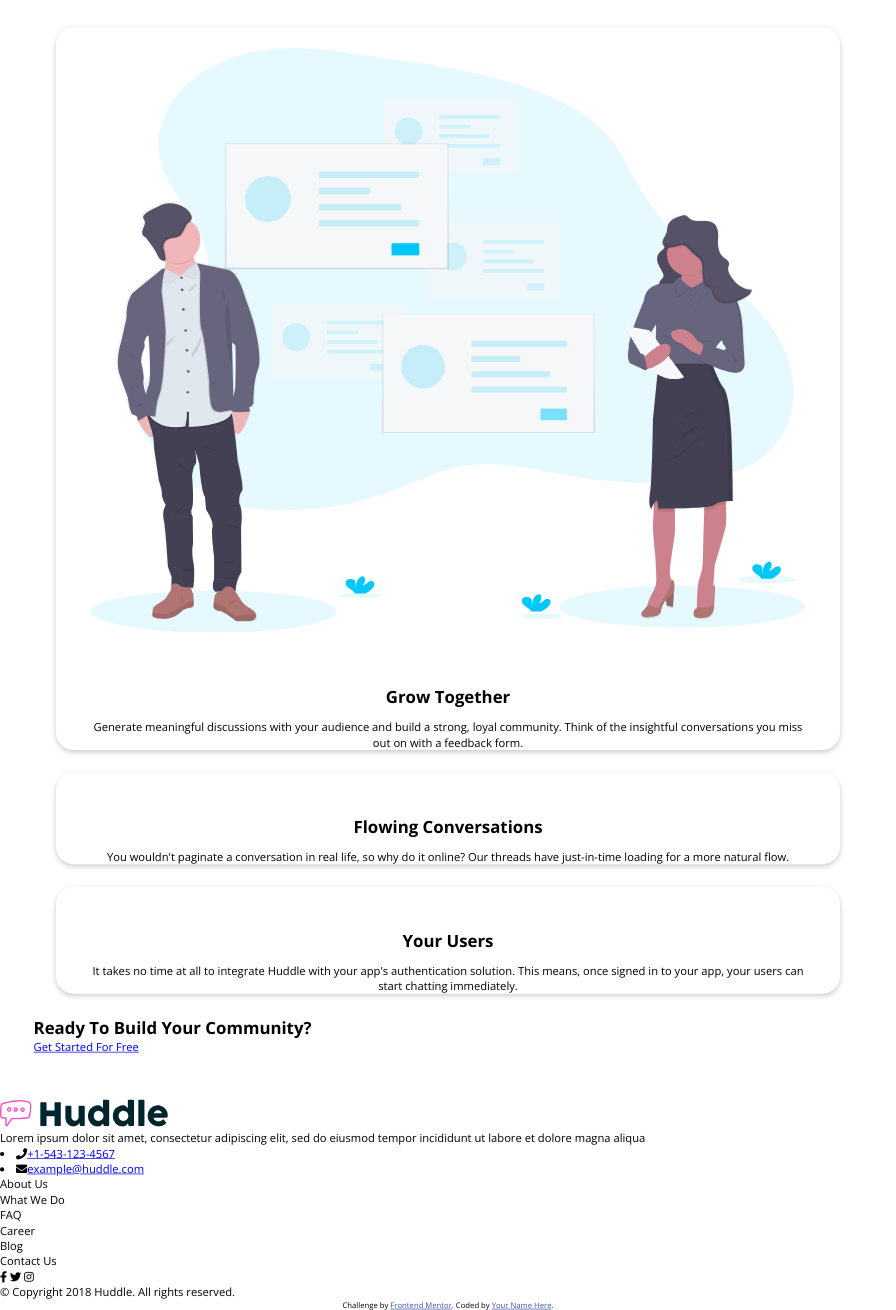
Repository: DejV44/Huddle-landing-page
Page: index.html
An editor plug-in stored every save of this project. The page is shown before and after the next save, followed by the edit.
The browser window is 1280 px wide. The pictures show the part of the page from y = 1491 to 3411 px (the page is 3363 px tall before and 3411 px after), at 70% of full size.
The style sheet was rebuilt from its Sass, Less or Tailwind sources for each picture, by a compiler version that may differ from the author's.

Above is the page before, as saved 2021-08-15 22:27:26.

After the next save:
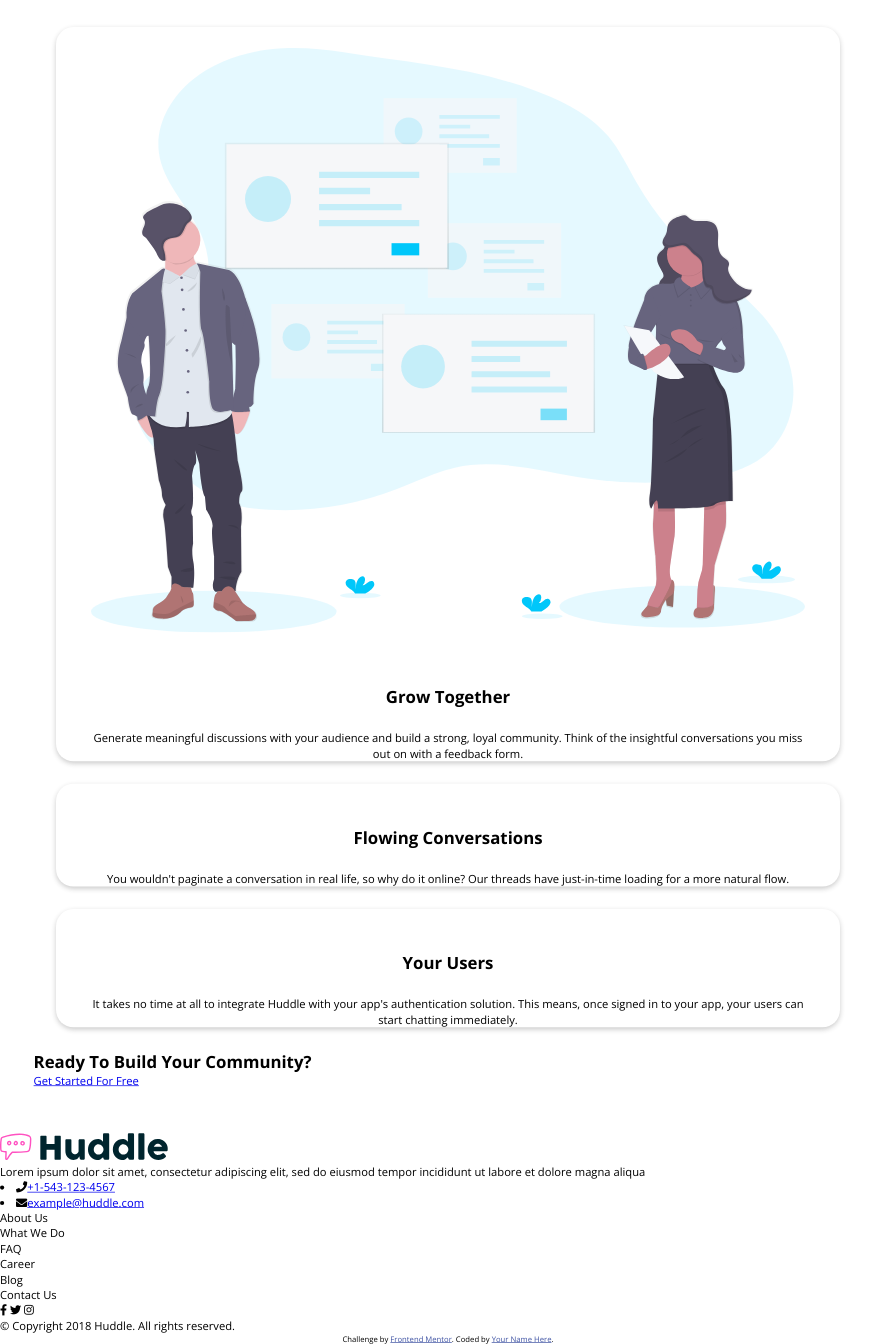
Saved 8 s later.
--- a/css/_mixin.scss
+++ b/css/_mixin.scss
@@ -8,7 +8,7 @@
         display: block;
         margin: 0rem 3rem;
         h2 {
-            padding-bottom: 1rem;
+            padding-bottom: 2rem;
         }
     }
     .img-cards {
